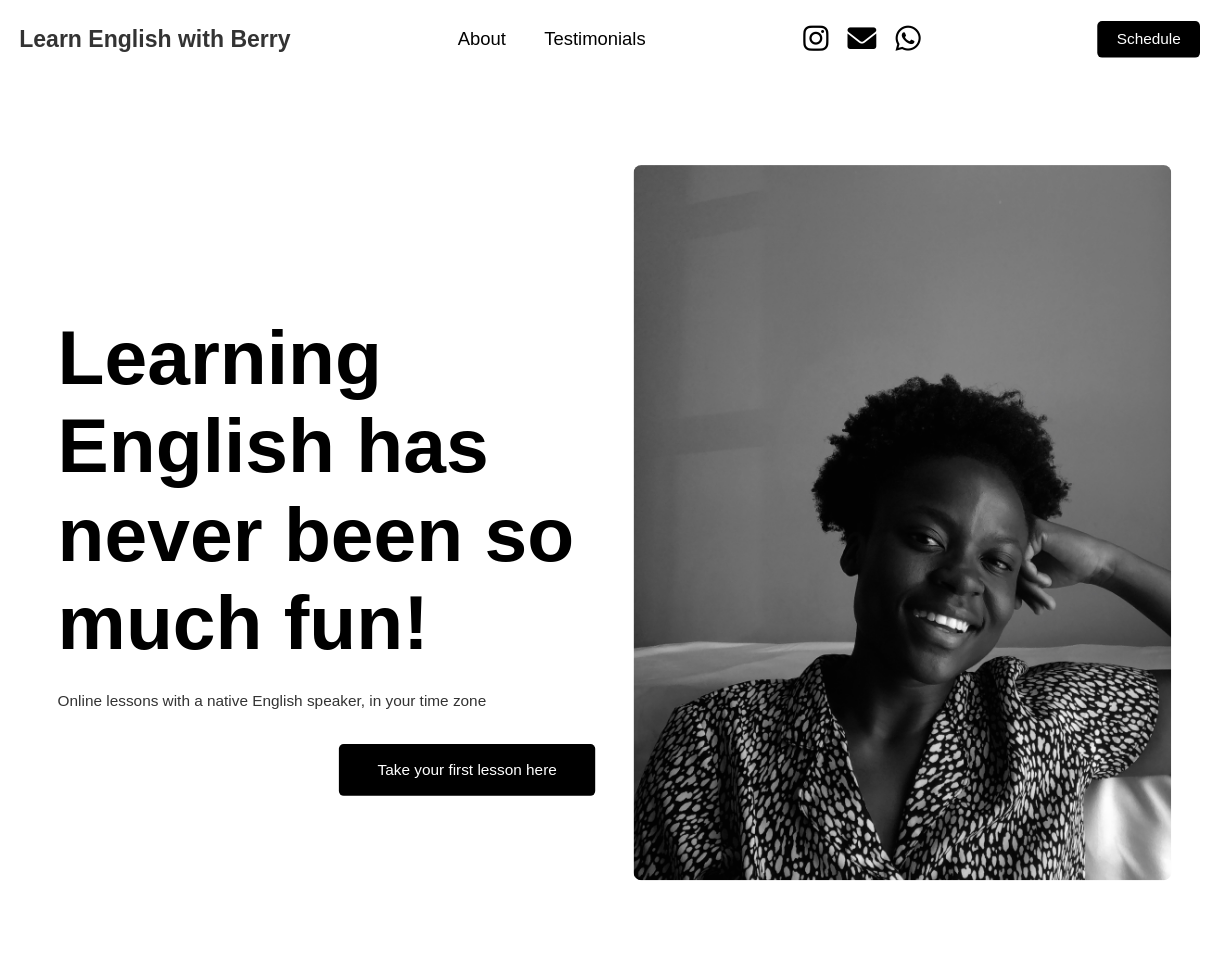
Repository: ntandomagana/esl-landing-page
Page: index.html
The author's editor kept a copy of each file at every save. The page is drawn from the files as they stood at one save, then again after a run of saves.
The browser window is 1280 px wide. The pictures show the whole page, at 96% of full size.

Above is the page before, as saved 2024-07-17 13:38:12.

### index.html
<!DOCTYPE html>
<html lang="en">
<head>
    <meta charset="UTF-8">
    <meta name="viewport" content="width=device-width, initial-scale=1.0">
    <link rel="stylesheet" href="https://cdnjs.cloudflare.com/ajax/libs/font-awesome/6.0.0-beta3/css/all.min.css">

    <title>Berry's English</title>
    <link rel="stylesheet" href="index.css">
</head>
<body>
    <!-- Header Section -->
    <header>
        <div class="header-container">
            <div class="logo"><h1>Learn English with Berry</h1>
            </div>
            <nav>
                <ul>
                    <li><a href="#about">About</a></li>
                    <li><a href="#testimonials">Testimonials</a></li>

                </ul>
            </nav>
            <div class="social-links">
                <a href="#" class="social-link"><i class="fab fa-instagram"></i></a>
                <a href="mailto:berry@example.com" class="social-link"><i class="fas fa-envelope"></i></a>
                <a href="https://wa.me/1234567890" class="social-link"><i class="fab fa-whatsapp"></i></a>
            </div>
            <a href="#contact" class="schedule-button">Schedule</a>
        </div>
    </header>

    <!-- Left and right division -->
     <section class="content-section">
        <div class="content-wrapper">
            <div class="left-content">
                <h2>Learning English has <br />
                    never been so much fun!</h2>
                <p>Online lessons with a native English speaker, in your time zone</p>
                <a href="#contact" class="action-button">Take your first lesson here</a>
            </div>

            <div class="right-content">
                <img src="./assets/bwpp.jpg" alt="Teacher Berry's Image">

            </div>
        </div>

     </section>
    </footer>
</body>
</html>

### index.css
/* styles.css */

body {
  font-family: Arial, Helvetica, sans-serif;
  margin: 0;
  padding: 0;
  box-sizing: border-box;
}

.header-container {
  display: flex;
  justify-content: space-between;
  align-items: center;
  padding: 10px 20px;
  background-color: white;
}

.logo h1 {
  margin: 0;
  font-size: 24px;
  color: #333;
}

nav ul {
  list-style-type: none;
  padding: 0;
  margin: 0;
  display: flex;
}

nav ul li {
  display: inline;
  margin: 20px; /* Adjust margin to add space between list items */
}

nav ul li:last-child {
  margin-right: 0;
}

nav ul li a {
  color: rgb(2, 2, 2);
  text-decoration: none;
  font-size: 1.2rem;
}

nav ul li a:hover {
  color: black;
  font-weight: bold;
}

.social-links {
  display: flex;
  align-items: center;
  margin-right: 20px;
}

.social-link {
  margin: 0 10px;
  display: inline-block;
  color: black;
  font-size: 30px;
  transition: color 0.3s ease, transform 0.3s ease, box-shadow 0.3s ease;
}

.social-link i {
  color: black;
}

.social-link:hover i {
  color: black;
  transition: black 4s ease-in-out;
  transform: translateY(-5px);
  box-shadow: 0 4px 8px rgba(19, 18, 18, 0.2);
}

.schedule-button {
  padding: 10px 20px;
  background-color: black;
  color: #fff;
  text-decoration: none;
  border-radius: 5px;
  transition: background-color 0.3s ease;
  border: none;
  cursor: pointer;
  margin-right: 10px;
}

.schedule-button:hover {
  background-color: #fff;
  border-color: rgba(0, 0, 0, 0);
  border: solid black;
  color: black;
}

.content-section {
  padding: 50px 0;
  text-align: center;
}

.content-wrapper {
  display: flex;
  justify-content: space-around;
  align-items: stretch;
  max-width: 1200px;
  margin: 20px auto;
}

.left-content {
  flex: 1;
  padding: 20px;
  text-align: left;
  display: flex;
  flex-direction: column;
  justify-content: center;
  align-items: flex-end;
}

.left-content h2 {
  font-size: 5rem;
  align-items: flex-end;
  color: rgb(0, 0, 0);
  margin-bottom: 10px;
  width: 100%;
}

.left-content p {
  font-size: 1rem;
  color: #333;
  width: 100%;
}

.right-content {
  flex: 1;
  padding: 20px;
  text-align: center;
  display: flex;
  justify-content: center;
  align-items: center;
}

.right-content img {
  max-width: 100%;
  height: auto;
  max-height: 800px; /* Example maximum height, adjust as needed */
  border-radius: 8px;
  /* Optional: Adds a subtle shadow */
}

.action-button {
  padding: 18px 40px;
  background-color: black;
  color: #fff;
  text-decoration: none;
  border-radius: 5px;
  transition: background-color 0.3s ease;
  margin-top: 20px

}

.action-button:hover {
  background-color: #fff;
  border-color: rgba(0, 0, 0, 0);
  border: 4px solid black;
  color: black;
  margin: 20px;
  padding: 18px 40px;
}

After the next 3 saves:
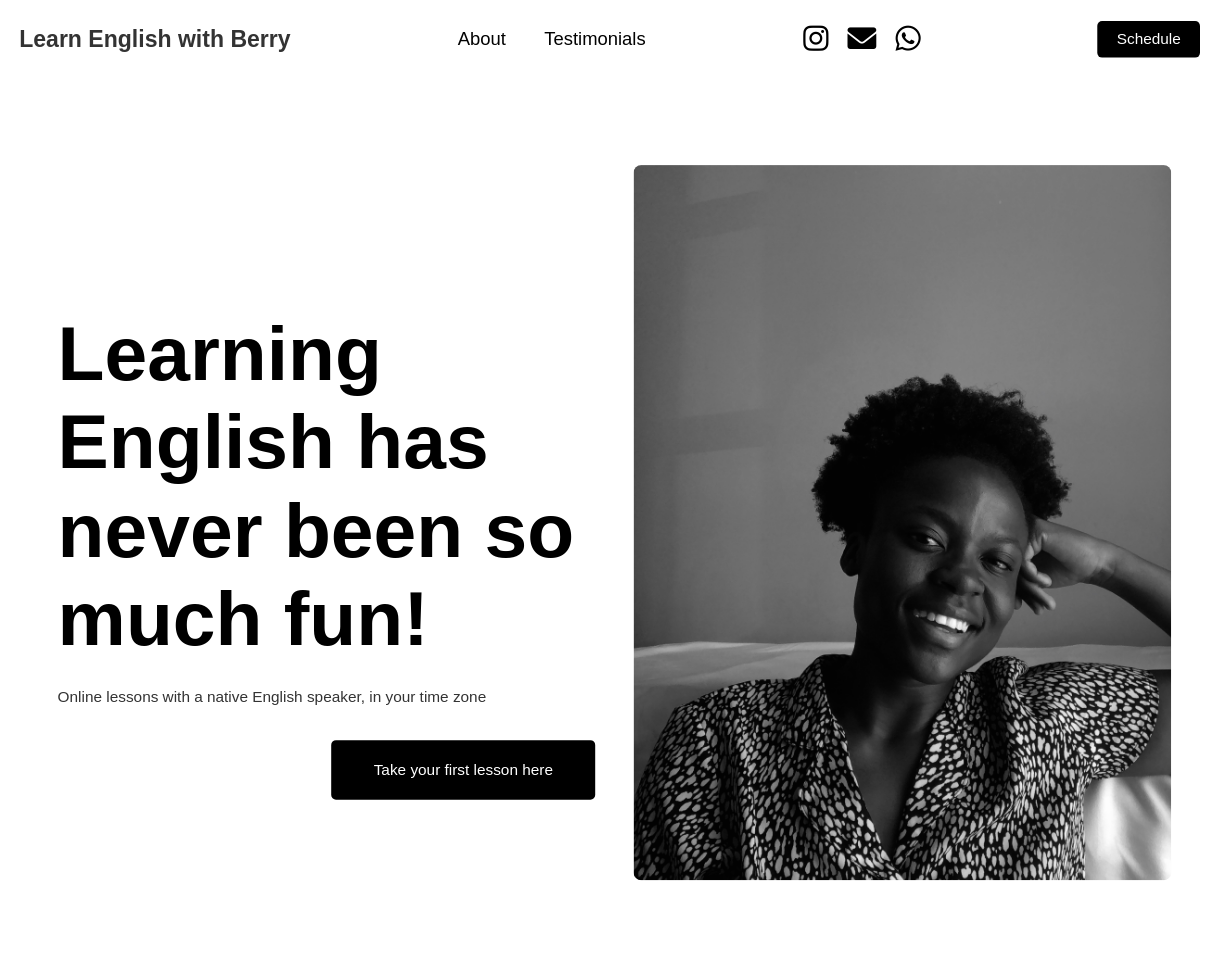
The 3 saves are shown as one change because they came seconds apart.
The last was saved 18 s later.
--- a/index.css
+++ b/index.css
@@ -150,6 +150,7 @@ nav ul li a:hover {
   padding: 18px 40px;
   background-color: black;
   color: #fff;
+  border: 4px solid black;
   text-decoration: none;
   border-radius: 5px;
   transition: background-color 0.3s ease;
